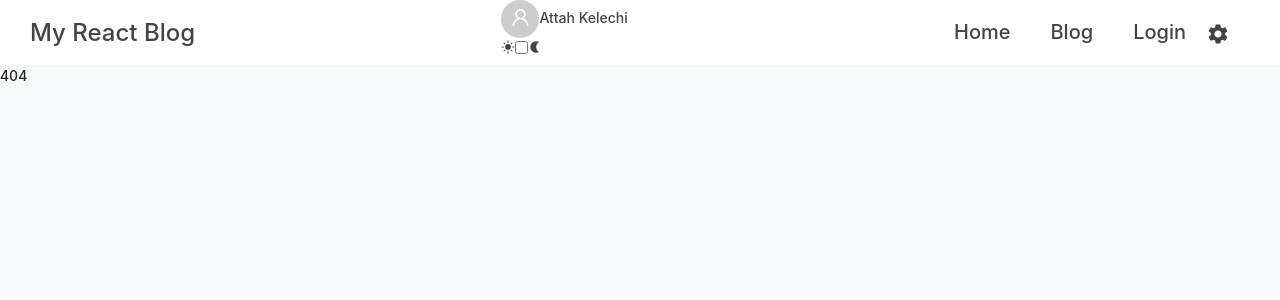
Repository: Kaycee-attah/react_blog
Page: /
The author's editor kept a copy of each file at every save. The page is drawn from the files as they stood at one save, then again after the next save.
The browser window is 1280 px wide. The pictures show the whole page.
The project was rebuilt for these pictures with package versions that can differ from the ones it lists, and the page was loaded fresh each time.

Above is the page before, as saved 2021-10-08 22:04:32.

After the next save:
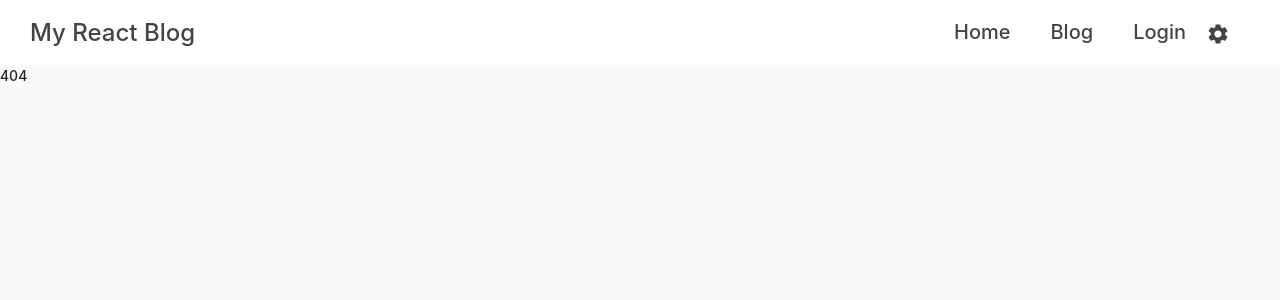
Saved 53 s later.
--- a/src/assets/scss/_navigation.scss
+++ b/src/assets/scss/_navigation.scss
@@ -11,6 +11,10 @@
     };
 
     .more-icon-dropDown-Menu-Card-true {
+        display: none;
+    };
+
+    .more-icon-dropDown-Menu-Card-false {
         display: none;
     }
 
